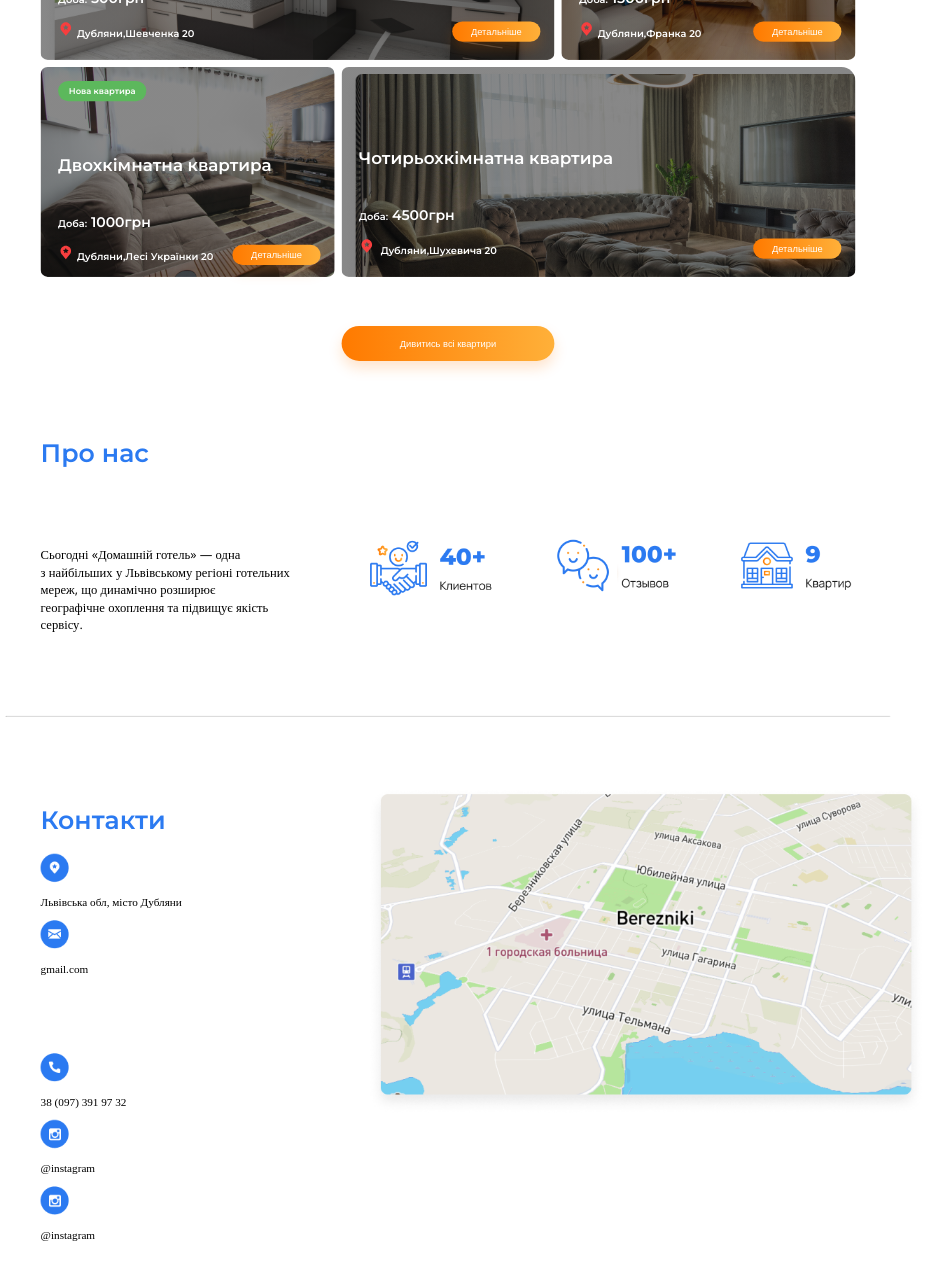
Repository: batonAnton/HW-7-grid
Page: index.html
An editor plug-in stored every save of this project. The page is shown before and after the next save, followed by the edit.
The browser window is 1280 px wide. The page is 1322 px wide, then 1280 px, so the pictures cover 1322 px, including what lies to the right of the window. The pictures show the part of the page from y = 2051 to 3891 px (the page is 3891 px tall), at 70% of full size.

Above is the page before, as saved 2022-06-30 10:52:31.

### index.html
<!DOCTYPE html>
<html lang="en">
<head>
    <meta charset="UTF-8">
    <meta http-equiv="X-UA-Compatible" content="IE=edge">
    <meta name="viewport" content="width=device-width, initial-scale=1.0">
    <link rel="preconnect" href="https://fonts.googleapis.com">
    <link rel="preconnect" href="https://fonts.gstatic.com" crossorigin>
    <link href="https://fonts.googleapis.com/css2?family=Montserrat:wght@600&display=swap" rel="stylesheet">
    <link rel="preconnect" href="https://fonts.googleapis.com">
    <link rel="preconnect" href="https://fonts.gstatic.com" crossorigin>
    <link href="https://fonts.googleapis.com/css2?family=Open+Sans&display=swap" rel="stylesheet">
    <link rel="stylesheet" href="./css/styles2.css">
    <title>Grid</title>
</head>

        <div  class="wrapper allstyles">
            <header>
                <img src="./images/logo.png" alt="logo">
                <a href="" class="menu">Головна</a>
                <a href="" class="menu">Квартири</a>
                <a href="" class="menu">Контакти</a>
                <a href="" class="menu">Про нас</a>

                <div class="item mail">
                    <img src="./images/email.png" alt="email">
                    <p>@gmail.com</p>
                </div>
                <div class="item phone">
                    <img src="./images/phone.png" alt="phone">
                    <p>38 (097) 391 97 32</p>
                </div>
                <div class="item btn">
                        <button>Замовити Дзвінок </button>
                </div>
            </header>
            </div>





            <div class=" wrapper2  allstyles">
                <div class="info">
                    <h1>Оренда Квартир <br> в Березниках</h1>
                    <p>На довгий термін <br> або подобово</p>
                    <button class="btn">Дивитись варіанти</button>
                </div>
                <div class="blueblock"></div>

                <div class="banner">

                </div>
            </div>
        </div>


    <div class="wrapper3 allstyles">
         <div class=" block block1">
             <img src="./images/header 1.1.png" alt="img">
             <p>
                Укладаємо договори, <br> надаємо звітні документи
             </p>
         </div>
         <div class="block block2">
            <img src="./images/header 1.2.png" alt="img">
            <p>
                Готівковий та <br>
                Безготівковий розрахунок
            </p>
         </div>
         <div class="block block3">
            <img src="./images/header 1.3.png" alt="img">
            <p>
                Бронювання та заселення <br> цілодобово
            </p>

         </div>
         <div class="block block4">
            <img src="./images/header 1.4.png" alt="img">
            <p>
                Повна <br> конфіденційність
            </p>
         </div>
    </div>

    <div class="wrapper4 allstyles">
        <h1 class="wrapper4-h1">Наші квартири</h1>

        <div class="img1-1">
            <h1>Однокімнатна квартира</h1>
            <p class="price"> <span class="p-price">Доба:</span> 500грн</p>
            <p class="p-price location"> <img src="./images/wrapper4/Location_Icon.svg" alt="loc icon">Дубляни,Шевченка 20</p>
            <button class="btn">Детальніше</button>
        </div>
        <div class="img1-2">
            <h1>Трьохкімнатна квартира</h1>
            <p class="price"> <span class="p-price">Доба:</span>  1500грн</p>
            <p class="p-price location"> <img src="./images/wrapper4/Location_Icon.svg" alt="loc icon">Дубляни,Франка 20</p>
            <button class="btn">Детальніше</button>
        </div>
        <div class="img2-1">
            <button class="btn-new">Нова квартира</button>
            <h1>Двохкімнатна квартира</h1>
            <p class="price"> <span class="p-price">Доба:</span>  1000грн</p>
            <p class="p-price location"> <img src="./images/wrapper4/Location_Icon.svg" alt="loc icon">Дубляни,Лесі Українки 20</p>
            <button class="btn">Детальніше</button>
        </div>
        <div class="img2-2">
            <h1>Чотирьохкімнатна квартира</h1>
            <p class="price"> <span class="p-price">Доба:</span>  4500грн</p>
            <p class="p-price location"> <img src="./images/wrapper4/Location_Icon.svg" alt="loc icon"> Дубляни,Шухевича 20</p>
            <button class="btn">Детальніше</button>
        </div>
        <button class="btn-wr4">Дивитись всі квартири</button>
    </div>

    <div class="wrapper5 allstyles">
        <div class="block1">
            <h1 class="wrapper4-h1">Про нас</h1>
        </div>
        <div class="block2">
            <p>
                Сьогодні «Домашній готель» — одна <br> з найбільших у Львівському регіоні готельних <br> мереж, що динамічно розширює <br> географічне охоплення та підвищує якість <br> сервісу.
            </p>
        </div>
        <div class="block3">
            <img src="./images/wrapper5/rating.png" alt="img">
        </div>

    </div>

    <hr class="wr5">

    <div class="wrapper6 allstyles">
        <div class="block1">
            <h1 class="wrapper4-h1">Контакти</h1>
        </div>
        <div class="block2">
            <img src="./images/wrapper6/location.png" alt="location">
            <p>Львівська обл, місто Дубляни</p>
        </div>
        <div class="block3">
            <img src="./images/wrapper6/Mail.png" alt="mail">
            <p>gmail.com</p>
        </div>
        <div class="block4">
            <img src="./images/wrapper6/phone.png" alt="phone">
            <p>38 (097) 391 97 32</p>
        </div>
        <div class="block5">
            <img src="./images/wrapper6/instagramm.png" alt="insta">
            <p>@instagram</p>
        </div>
        <div class="block6">
            <img src="./images/wrapper6/instagramm.png" alt="insta">
            <p>@instagram</p>
        </div>
        <div class="block7">
            <img src="./images/wrapper6/Map.png" alt="map">
        </div>
    </div>









</body>
</html>

### css/styles2.css
* {
  box-sizing: border-box;
}

.allstyles {
  margin: 50px 50px;
}

header {
  display: grid;
  gap: 10px;
  grid-template-columns: repeat(8, 1fr);
  grid-template-rows: 1fr;
  z-index: 1;
}

.wrapper {
  display: flex;
  justify-content: space-between;
}

.menu {
  font-family: "Montserrat", sans-serif;
  font-style: normal;
  font-weight: 600;
  font-size: 16px;
  line-height: 20px;
  text-decoration: none;
  color: #111111;
  transition: all 1s;
}

.menu:hover {
  text-decoration: underline;
}

.phone,
.mail {
  font-family: "Montserrat", sans-serif;
  font-style: normal;
  font-weight: 600;
  font-size: 16px;
  line-height: 20px;
  text-decoration: none;
  color: #111111;
  transition: all 1s;
}

.menu,
.phone,
.mail,
.btn {
  justify-content: center;
  align-items: center;
  display: flex;
}

.phone,
.btn {
  width: 190px;
}

.btn button,
.wrapper4 .btn {
  padding: 15px 30px;
  color: #fff;
  background: linear-gradient(89.77deg, #ff7a00 0.2%, #ffb039 99.82%);
  box-shadow: 0px 10px 20px rgba(255, 122, 0, 0.2);
  border-radius: 25px;
  border: none;
}

.wrapper2 {
  display: grid;
  grid-template-columns: repeat(5, 1fr);
  grid-template-rows: repeat(5, 1fr);
  z-index: 0;
}

.wrapper2 .info {
  grid-column: 1/3;
  grid-row: 1/6;
}

.info h1 {
  font-family: "Montserrat";
  font-style: normal;
  font-weight: 800;
  font-size: 40px;
  line-height: 49px;
  display: flex;
  align-items: center;
  color: #111111;
}

.info p {
  font-family: "Open Sans";
  font-style: normal;
  font-weight: 400;
  font-size: 24px;
  line-height: 33px;
  color: #111111;
}
.wrapper2 .banner {
  grid-column: 3/6;
  grid-row: 1/6;
  background-image: url(../images/bigBanner.png);
  background-repeat: no-repeat;
  background-size: contain;
  /* height: 420px; */
  margin-right: -56px;
}

.wrapper2 .btn {
  margin-top: 60px;
  padding: 15px 30px;
  color: #fff;
  background: linear-gradient(89.77deg, #ff7a00 0.2%, #ffb039 99.82%);
  box-shadow: 0px 10px 20px rgba(255, 122, 0, 0.2);
  border-radius: 25px;
  border: none;
}

.blueblock {
  grid-column: 4/6;
  grid-row: 1/6;
  background: #2b7af1;
  border-radius: 0px 0px 0px 10px;
  margin-top: -155px;
  margin-right: -56px;

  width: 620px;
  height: 810px;
}

.wrapper3 {
  display: grid;
  grid-template-columns: repeat(4, 1fr);
  margin-top: -180px;
  z-index: 1;
}

.wrapper3 p {
  font-family: "Open Sans", sans-serif;
  font-style: normal;
  font-weight: 400;
  font-size: 16px;
  line-height: 22px;
  text-align: center;
  color: #111111;
}

.block {
  width: 270px;
  /* height: 170px; */
  padding: 30px 20px;
  background: #ffffff;
  border-radius: 10px;
  border: 1px solid gray;
}

.block img {
  width: 80px;
  height: 80px;
  margin-left: 70px;
}

.block1,
.block2,
.block3,
.block4 {
  /* display: flex; */
  justify-content: space-around;
}

.block1 {
  grid-column: 1/2;
}

.block2 {
  grid-column: 2/3;
}

.block3 {
  grid-column: 3/4;
}

.block4 {
  grid-column: 4/5;
}

.wrapper4 {
  display: grid;
  grid-template-columns: repeat(5, 1fr);
  grid-template-rows: repeat(6, 1fr);
  margin-top: 115px;
  gap: 10px;
}

.wrapper4-h1 {
  grid-column: 1/6;
  font-family: "Montserrat";
  font-style: normal;
  font-weight: 800;
  font-size: 36px;
  line-height: 44px;
  color: #2b7af1;
}

.img1-1 {
  grid-column: 1/4;
  grid-row: 2/4;
  /* width: 650px; */
  height: 300px;
  background: linear-gradient(rgba(17, 17, 17, 0.5), rgba(17, 17, 17, 0.5)),
    url(../images/wrapper4/Background\ 1.1.png);

  border-radius: 10px;
  border-top-right-radius: 20px;
}

.img1-2 {
  grid-column: 4/6;
  grid-row: 2/4;
  /* width: 450px; */
  height: 300px;
  background: linear-gradient(rgba(17, 17, 17, 0.5), rgba(17, 17, 17, 0.5)),
    url(../images/wrapper4/Background\ 1.2.png);
  border-radius: 10px;
}

.img2-1 {
  grid-column: 1/3;
  grid-row: 4/6;
  /* width: 450px; */
  height: 300px;
  background: linear-gradient(rgba(17, 17, 17, 0.5), rgba(17, 17, 17, 0.5)),
    url(../images/wrapper4/Background\ 2.1.png);
  border-radius: 10px;
}

.img2-2 {
  grid-column: 3/6;
  grid-row: 4/6;
  height: 300px;
  /* height: 310px; */
  background: linear-gradient(rgba(17, 17, 17, 0.5), rgba(17, 17, 17, 0.5)),
    url(../images/wrapper4/Background\ 2.2.png);
  border-radius: 10px;
  border-top-right-radius: 20px;
}

.btn-new {
  background: #5cb85c;
  border-radius: 20px;
  z-index: 1;
  margin: 20px 50px 30px 25px;
  padding: 7px 15px;
  width: 126px;
  border: none;
  font-family: "Montserrat";
  font-style: normal;
  font-weight: 600;
  font-size: 12px;
  line-height: 15px;
  color: #ffffff;
}

.wrapper4 .img1-1 h1 {
  padding: 100px 50px 30px 25px;
  font-family: "Montserrat";
  font-style: normal;
  font-weight: 800;
  font-size: 24px;
  line-height: 29px;
  color: #ffffff;
  /* filter: brightness(100%)!important; */
}

.wrapper4 .img1-2 h1 {
  padding: 100px 50px 30px 25px;
  font-family: "Montserrat";
  font-style: normal;
  font-weight: 800;
  font-size: 24px;
  line-height: 29px;
  color: #ffffff;
}

.wrapper4 .img2-1 h1 {
  padding: 30px 50px 30px 25px;
  font-family: "Montserrat";
  font-style: normal;
  font-weight: 800;
  font-size: 24px;
  line-height: 29px;
  color: #ffffff;
  filter: brightness(100%) !important;
  z-index: 0;
}

.wrapper4 .img2-2 h1 {
  padding: 100px 50px 30px 25px;

  font-family: "Montserrat";
  font-style: normal;
  font-weight: 800;
  font-size: 24px;
  line-height: 29px;
  color: #ffffff;
  filter: brightness(100%) !important;
}

.wrapper4 .p-price {
  font-family: "Montserrat";
  font-style: normal;
  font-weight: 400;
  font-size: 14px;
  line-height: 22px;
  color: #ffffff;
  display: inline;
}

.wrapper4 .price {
  font-family: "Montserrat";
  font-style: normal;
  font-weight: 800;
  font-size: 20px;
  line-height: 24px;
  color: #ffffff;
  margin-top: 25px;
  padding: 0px 45px 0px 25px;
}

.location {
  padding: 0px 15px 0px 25px;
}

.location img {
  margin-right: 5px;
}

.wrapper4 .btn {
  float: right;
  margin-right: 20px;
  padding: 7px 15px;
  width: 126px;
}

.wrapper4 .btn-wr4 {
  margin-top: 60px;
  grid-column: 3/4;
  width: 304px;
  height: 50px;
  background: linear-gradient(89.77deg, #ff7a00 0.2%, #ffb039 99.82%);
  border: none;
  box-shadow: 0px 10px 20px rgba(255, 122, 0, 0.2);
  border-radius: 25px;
  color: white;
}

/* wrapper5 */

.wrapper5 {
  display: grid;
  grid-template-columns: repeat(3, 1fr);
  grid-template-rows: repeat(2, 1fr);
}

.wrapper5 .block1 {
  grid-column: 1/4;
  grid-row: 1;
}

.wrapper5 .block2 {
  grid-column: 1/3;
  grid-row: 2;
}

.wrapper5 .block3 {
  grid-column: 2/4;
  grid-row: 2;
}

.wrapper5 img {
  width: 700px;
  margin-left: 70px;
}

.wrapper5 p {
  font-family: "Open Sans";
  font-style: normal;
  font-weight: 400;
  font-size: 18px;
  line-height: 25px;
}

.wr5{
  background: linear-gradient(89.77deg, #FF7A00 0.2%, #FFB039 99.82%);
border-radius: 1px;
height: 1px;
margin:100px 0;
width: 100%;
}

.wrapper6{
  display: grid;
  grid-template-columns: repeat(5,1fr);
  grid-template-rows: repeat(7,1fr);
}

.block1{
  grid-column: 1/3;
  grid-row: 1/2;
}

.block2{
  grid-column: 1/3;
  grid-row: 2/3;
}

.block3{
  grid-column: 1/3;
  grid-row: 3/4;
}

.block4{
  grid-column: 1/3;
  grid-row: 5/6;
}

.block5{
  grid-column: 1/3;
  grid-row: 6/7;
}

.block6{
  grid-column: 1/3;
  grid-row: 7/8;
}

.block7{
  grid-column: 3/6;
  grid-row: 1/8;
}

After the next save:
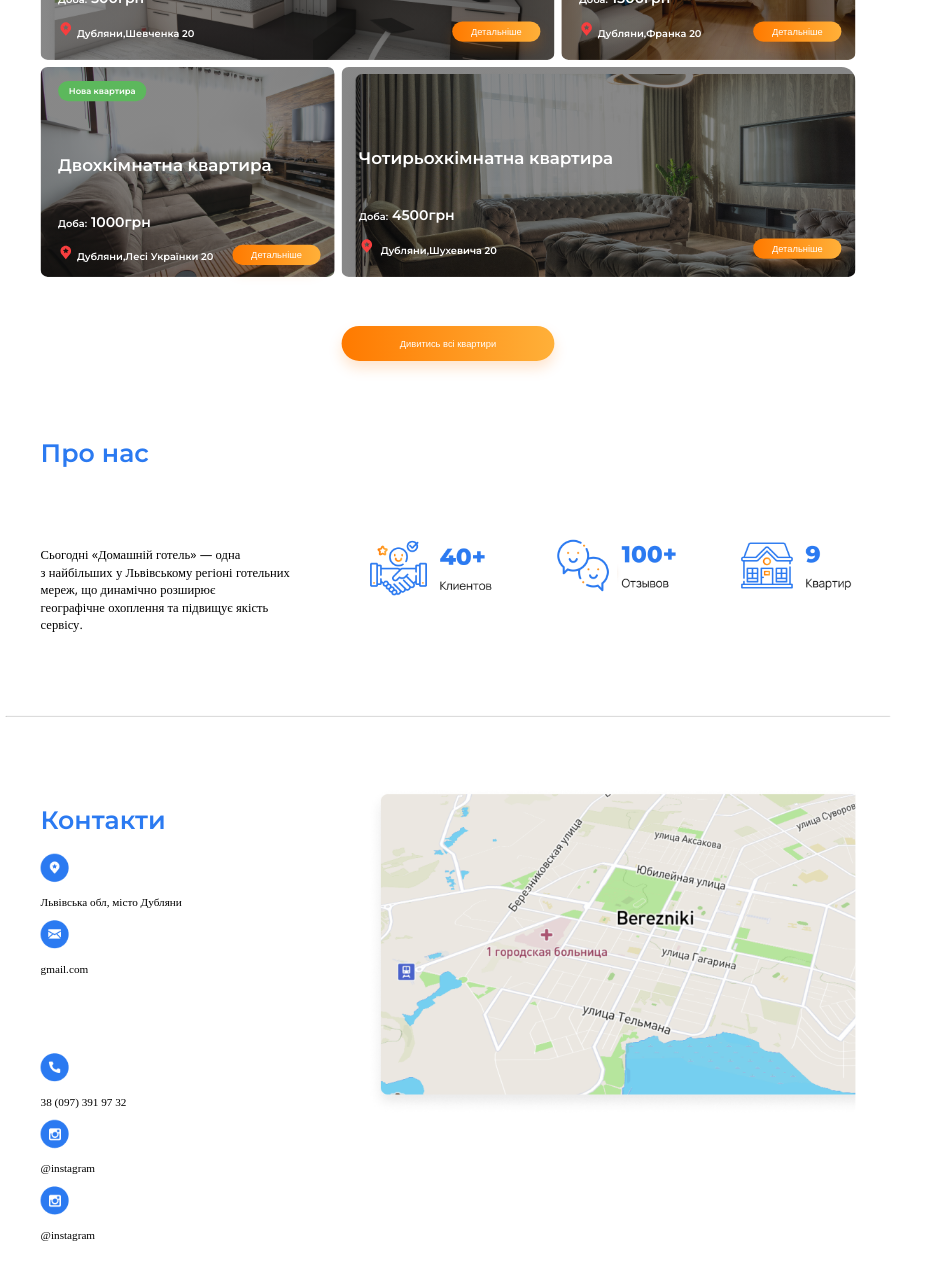
Saved 2 min 37 s later.
--- a/css/styles2.css
+++ b/css/styles2.css
@@ -442,4 +442,5 @@ width: 100%;
 .block7{
   grid-column: 3/6;
   grid-row: 1/8;
-}
+  overflow: hidden;
+}
